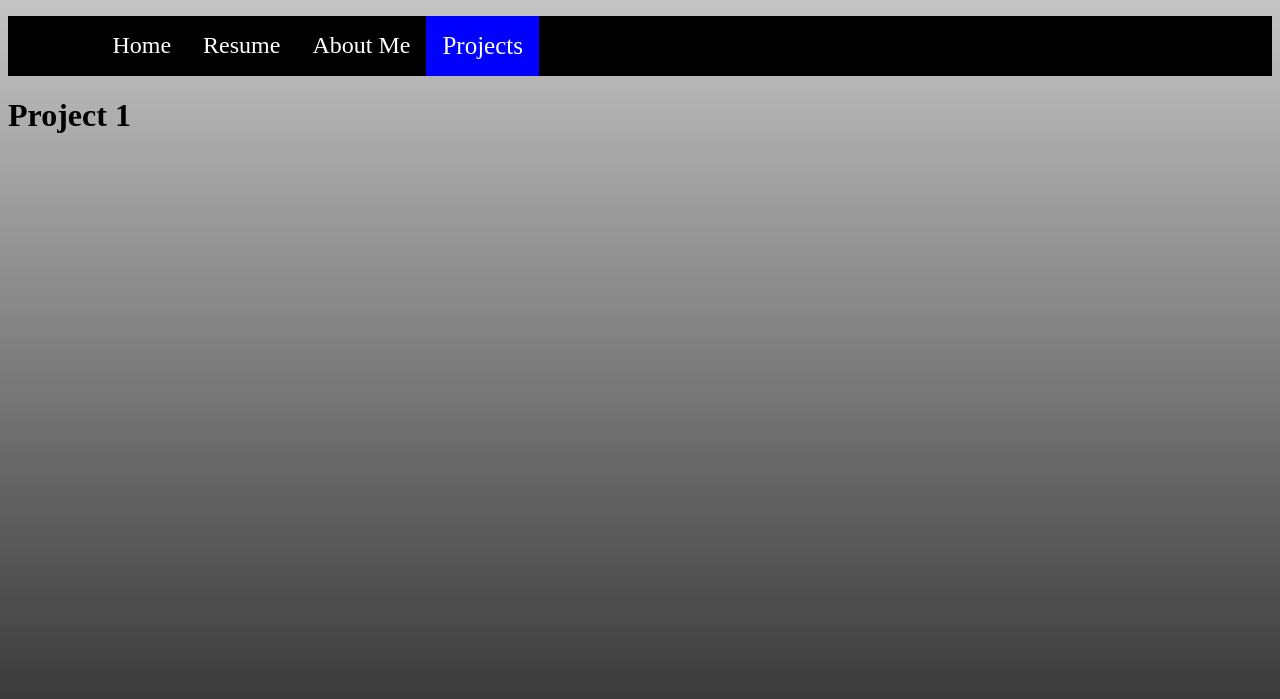
Repository: GunnarStone/GunnarStone.github.io
Page: project1.html
The author's editor kept a record of every edit. The page is drawn from the files as they stood at one moment, then again after the next edit.
The browser window is 1280 px wide. The pictures show the whole page.

Above is the page before.

### project1.html
<!DOCTYPE html>
<html>
<head>
<title>Home</title>
<link rel="stylesheet" type="text/css" href="style.css">
</head>
<body>
    <ul class=navbar>
        <li id="me">Gunner Stone</li>
        <li><a href="index.html">Home</a></li>
        <li><a href="resume.html">Resume</a></li>
        <li><a href="aboutme.html">About Me</a></li>
        <li class="dropdown">
            <div class="youreOmegaSpecial" >Projects</div>
            <ul class="dropdown-cnt">
                <li class="heyKid-yourePrettySpecial"><a href="project1.html">Project One</a></li>
                <li><a href="project2.html">Project Two</a></li>
                <li><a href="project3.html">Project Three</a></li>
            </ul>
        </li>
    </ul>
    <h1 class="centerh1tag">Project 1</h1>
<script>



</script>
</body>
</html>

### style.css

    .navbar {
        list-style:none;
        background-color:Black;
        overflow: hidden;
        padding:0;
    }
    .navbar a{
        text-decoration:none;
        color:white;
        font-size:24px;
        padding:16px;
        display: inline-block;
    }
    .navbar li{
        float:left;
        border-radius: 5px;
    }
    .navbar li:hover{
        background-color:Black;
    }
    .dropdown-cnt{
        list-style:none;
        padding:0;
        display:none;
    }
    .dropdown-cnt li{
        float:none;
        padding:0;
    }
    .navbar a, dropdown div {
        text-decoration:none;
        color:white;
        font-size:24px;
        padding:16px;
        display: inline-block;
    }
    .youre-Special{
        font-size: 25px;
        padding:16px;
        color:white;
        display:inline-block;
    }
    .dropdown:hover .dropdown-cnt{
        display:block;
    }
    .navbar a:hover{
        background-color:White;
        color:black;
    }
    .active {
        background-color:blue;
    }
        .navbar {
        list-style:none;
        background-color:Black;
        overflow: hidden;
        padding:0;
    }
    .navbar a{
        text-decoration:none;
        color:white;
        font-size:24px;
        padding:16px;
        display: inline-block;
    }
    .navbar li{
        float:left;
    }
    .navbar li:hover{
        background-color:Black;
    }
    .dropdown-cnt{
        list-style:none;
        padding:0;
        display:none;
    }
    .dropdown-cnt li{
        float:none;
        padding:0;
    }
    .navbar a, dropdown div {
        text-decoration:none;
        color:white;
        font-size:24px;
        padding:16px;
        display: inline-block;
    }
    .youre-Special{
        font-size: 25px;
        padding:16px;
        color:white;
        display:inline-block;
    }
    .dropdown:hover .dropdown-cnt{
        display:block;
    }
    .navbar a:hover{
        background-color:White;
        color:black;
    }
    .active{
        background-color:blue;
    }
    .youreOmegaSpecial{
        background-color:blue;
        font-size: 25px;
        padding:16px;
        color:white;
        display:inline-block;
    }
    .heyKid-yourePrettySpecial{
        background-color:blue;
    }
    body {
          background: url(data:[embedded picture, 1707 characters]) no-repeat center fixed;
          background-size: cover;
        }

After the next edit:
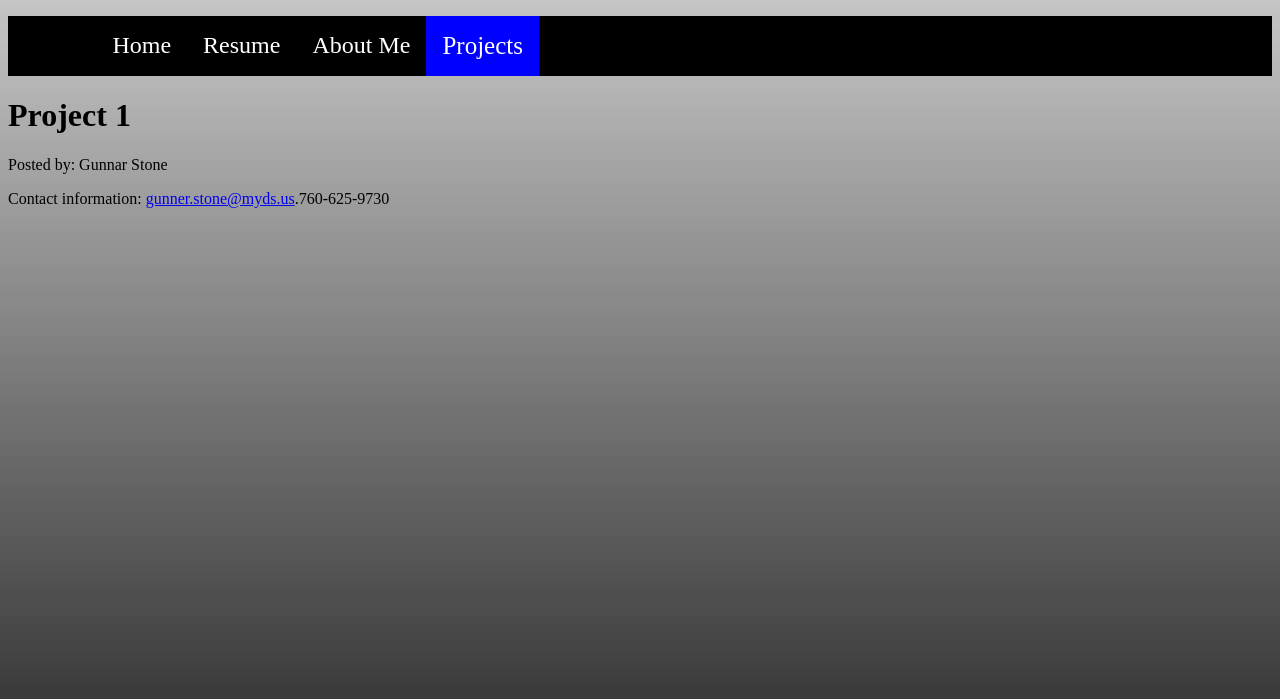
The edit:
--- a/project1.html
+++ b/project1.html
@@ -21,9 +21,11 @@
     </ul>
     <h1 class="centerh1tag">Project 1</h1>
 <script>
-
-
-
 </script>
 </body>
+<footer id="footerColor"class="center">
+  <p>Posted by: Gunnar Stone</p>
+  <p>Contact information: <a href="gunner.stone@myds.us">
+  gunner.stone@myds.us</a>.760-625-9730</p>
+</footer>
 </html>
